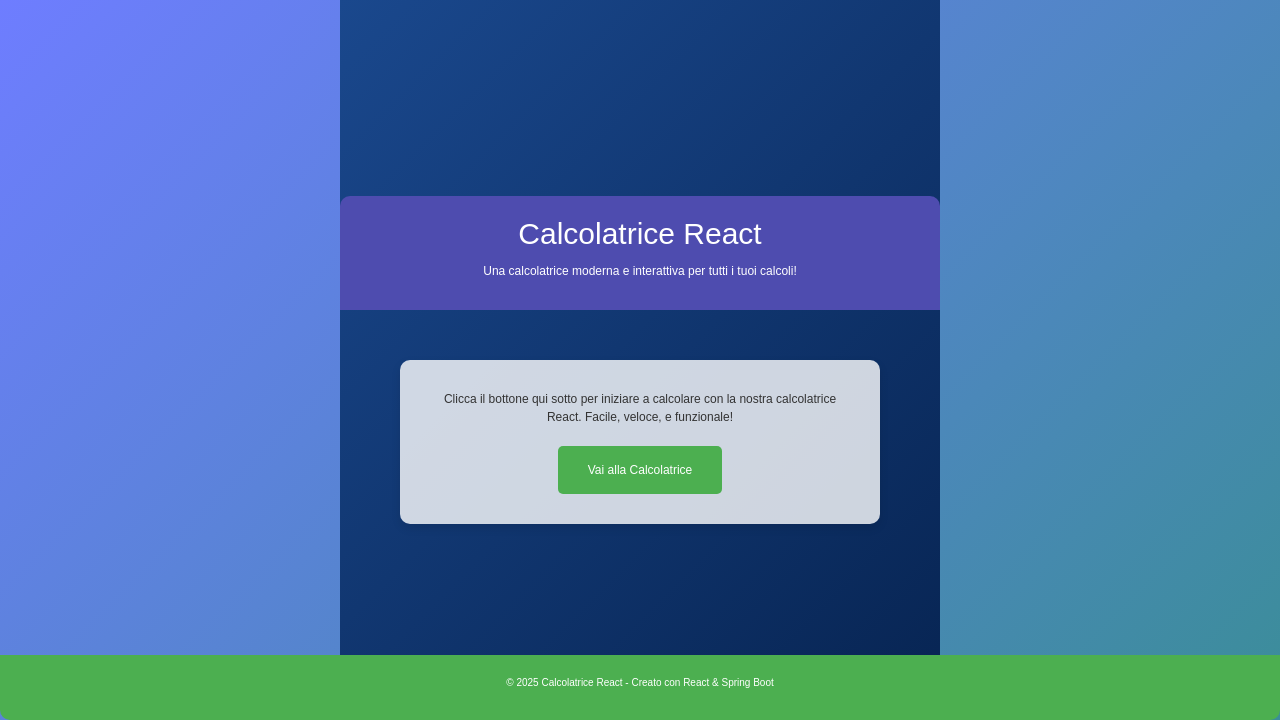
Repository: Probyte5D/Calcolatrice-FullStack
Page: / (app in frontend/)
The author's editor kept a copy of each file at every save. The page is drawn from the files as they stood at one save, then again after the next save.
The browser window is 1280 px wide. The pictures show the whole page.
The project was rebuilt for these pictures with package versions that can differ from the ones it lists, and the page was loaded fresh each time. Also part of the build but not shown: frontend/src/App.css, frontend/src/components/Calculator.js.

Above is the page before, as saved 2025-04-19 17:16:55.

### frontend/src/index.js
import React from 'react';
import ReactDOM from 'react-dom/client';
import './index.css';
import App from './App';

import 'bootstrap/dist/css/bootstrap.min.css';


const root = ReactDOM.createRoot(document.getElementById('root'));
root.render(
  <React.StrictMode>
    <App />
  </React.StrictMode>
);

### frontend/src/App.js
import React from 'react';
import { BrowserRouter as Router, Route, Routes } from 'react-router-dom';
import './App.css';
import Calculator from './components/Calculator'; // Assicurati che il percorso sia corretto
import HomePage from './components/HomePage'; // Assicurati che il percorso sia corretto

function App() {
  return (
    <Router>
    <Routes>
      {/* Usando 'element' invece di 'component' */}
      <Route path="/" element={<HomePage />} />
      <Route path="/calculator" element={<Calculator />} />
    </Routes>
  </Router>
  );
}

export default App;

### frontend/src/components/HomePage.js
import React from 'react';
import { useNavigate } from 'react-router-dom';
import './HomePage.css';

function HomePage() {
  const navigate = useNavigate();

  const handleClick = () => {
    navigate('/calculator');  // Navigazione con useNavigate
  };

  return (
    <div className="home-page">
      {/* Header */}
      <header className="header">
        <h1>Calcolatrice React</h1>
        <p>Una calcolatrice moderna e interattiva per tutti i tuoi calcoli!</p>
      </header>

      {/* Corpo della homepage */}
      <div className="content">
        <p>
          Clicca il bottone qui sotto per iniziare a calcolare con la nostra calcolatrice React.
          Facile, veloce, e funzionale!
        </p>
        <button onClick={handleClick} className="btn-go-to-calculator">
          Vai alla Calcolatrice
        </button>
      </div>

      {/* Footer (Opzionale) */}
      <footer className="footer">
        <p>&copy; 2025 Calcolatrice React - Creato con React & Spring Boot</p>
      </footer>
    </div>
  );
}

export default HomePage;

### frontend/src/components/Calculator.css
/* Calculator.css */

html{
  font-size: 62.5%;
}
/* Impostiamo il layout e centriamo la calcolatrice */
body, html {
  height: 100%;
  margin: 0;
  display: flex;
  justify-content: center; /* Centra orizzontalmente */
  align-items: center;     /* Centra verticalmente */
  background: linear-gradient(135deg, #6e7dff, #3b8d99); /* Gradiente di sfondo */
}
/* Stile principale della calcolatrice */
.calculator {
  background-color: #2d2d2d; /* Sfondo scuro */
  border-radius: 10px;
  padding: 20px;
  box-shadow: 0 4px 10px rgba(0, 0, 0, 0.3);
}

/* Colore del display (campo di input) */
.calculator input {
  background-color: #1e1e1e;
  color: #fff;
  font-size: 2rem;
  border: none;
  border-radius: 5px;
  padding: 10px;
  text-align: right;
}

/* Stile per i pulsanti */
.btn {
  font-size: 1.2rem;
  font-weight: bold;
  border-radius: 5px;
  transition: all 0.3s ease;
}

.btn-light {
  background-color: #3a3a3a;
  color: #fff;
}

.btn-light:hover {
  background-color: #575757;
}

.btn-warning {
  background-color: #f39c12;
  color: #fff;
}

.btn-warning:hover {
  background-color: #e67e22;
}

.btn-danger {
  background-color: #e74c3c;
  color: #fff;
}

.btn-danger:hover {
  background-color: #c0392b;
}

.btn-success {
  background-color: #2ecc71;
  color: #fff;
}

.btn-success:hover {
  background-color: #27ae60;
}

/* Layout dei tasti con uno spazio tra di loro */
.d-grid {
  gap: 10px;
}

/* Pulsanti di numeri e operatori */
.d-flex button {
  width: 60px;
  height: 60px;
  font-size: 1.5rem;
  border-radius: 8px;
  border: 2px solid transparent;
}

.d-flex button:active {
  transform: scale(0.95);
}

/* Colore dell'errore */
.alert-danger {
  background-color: #e74c3c;
  color: #fff;
  font-weight: bold;
}

/* Effetto hover sui tasti */
.d-flex button:hover {
  transform: scale(1.1);
  box-shadow: 0 2px 5px rgba(0, 0, 0, 0.2);
}

### frontend/src/components/HomePage.css
/* HomePage.css */

/* Impostazioni di base */
.home-page {
  font-family: 'Arial', sans-serif;
  background: linear-gradient(135deg, #1a488d, #072452);
  min-height: 100vh;
  display: flex;
  flex-direction: column;
  justify-content: center;
  align-items: center;
  text-align: center;
  color: #333;
}

/* Stile dell'header */
.header {
  background-color: #4e4caf;
  color: white;
  width: 100%;
  padding: 20px 0;
  border-radius: 10px 10px 0 0;
}

.header h1 {
  font-size: 3em;
  margin: 0;
}

.header p {
  font-size: 1.2em;
  margin-top: 10px;
}

/* Stile del contenuto principale */
.content {
  margin-top: 50px;
  background-color: rgba(255, 255, 255, 0.8);
  padding: 30px;
  border-radius: 10px;
  box-shadow: 0 4px 10px rgba(0, 0, 0, 0.1);
  width: 80%;
  max-width: 600px;
}

.content p {
  font-size: 1.2em;
  margin-bottom: 20px;
}

.btn-go-to-calculator {
  background-color: #4CAF50;
  color: white;
  font-size: 1.2em;
  padding: 15px 30px;
  border: none;
  border-radius: 5px;
  cursor: pointer;
  transition: all 0.3s ease;
}

.btn-go-to-calculator:hover {
  background-color: #45a049;
  transform: scale(1.05);
}

/* Footer (Opzionale) */
.footer {
  margin-top: 50px;
  background-color: #4CAF50;
  color: white;
  padding: 20px 0;
  width: 100%;
  text-align: center;
  border-radius: 0 0 10px 10px;
  position: absolute;
  bottom: 0;
}

/* Per garantire che il contenuto principale non vada sotto il footer */
body {
  display: flex;
  flex-direction: column;
  min-height: 100vh;
}

Loaded but not shown: frontend/public/index.html (common file); frontend/src/index.css (common file)

After the next save:
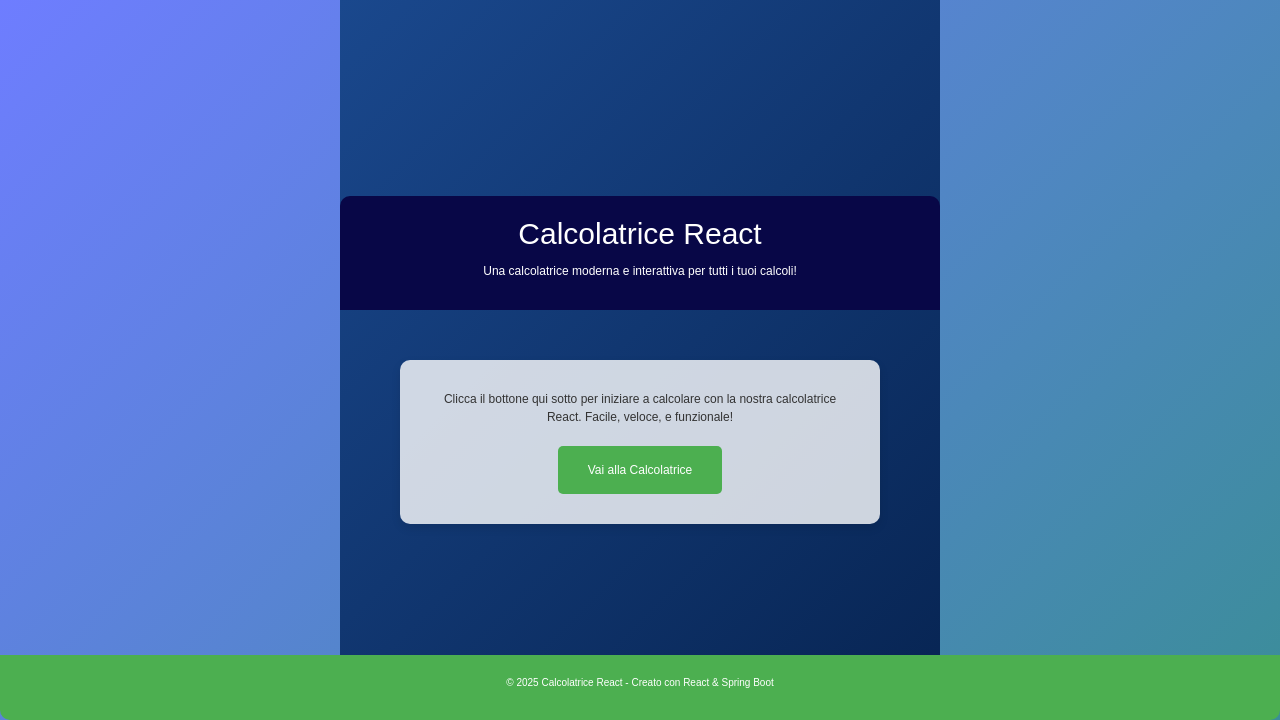
Saved 11 s later.
--- a/frontend/src/components/HomePage.css
+++ b/frontend/src/components/HomePage.css
@@ -15,7 +15,7 @@
 
 /* Stile dell'header */
 .header {
-  background-color: #4e4caf;
+  background-color: #080747;
   color: white;
   width: 100%;
   padding: 20px 0;
